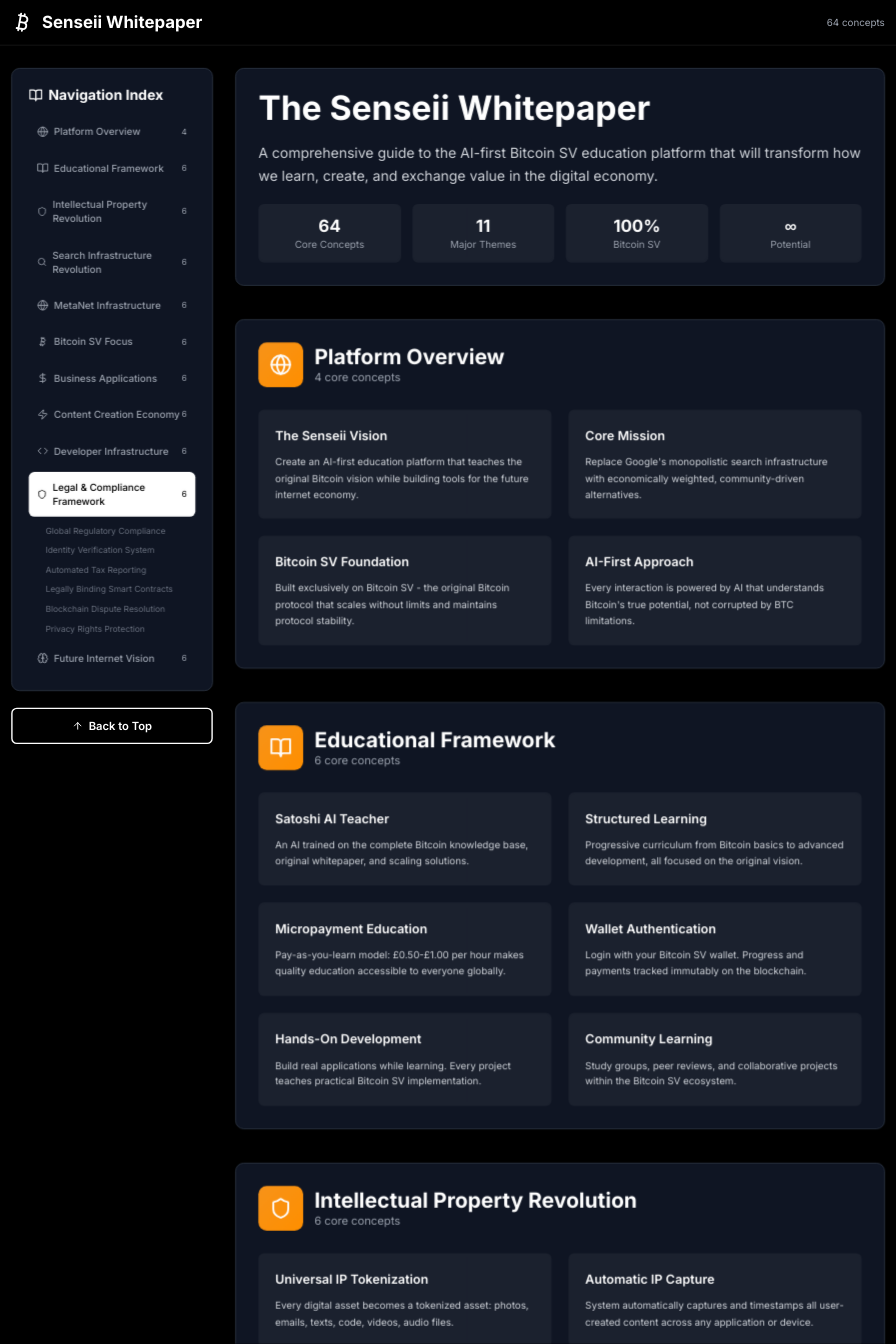
Repository: b0ase/senseii
Page: /whitepaper
These files come from the project's save history. The page is drawn as it stood at one moment and after the next save; the edit follows.
The browser window is 1280 px wide. The pictures show the part of the page from y = 0 to 1920 px (the page is 7926 px tall), at 70% of full size.
The project was rebuilt for these pictures with package versions that can differ from the ones it lists, and the page was loaded fresh each time. The framework's server and built-in components were replaced by stand-ins that run in the browser. Also part of the build but not shown: next.config.js.

Above is the page before, as saved 2025-06-06 21:45:37.

After the next save:
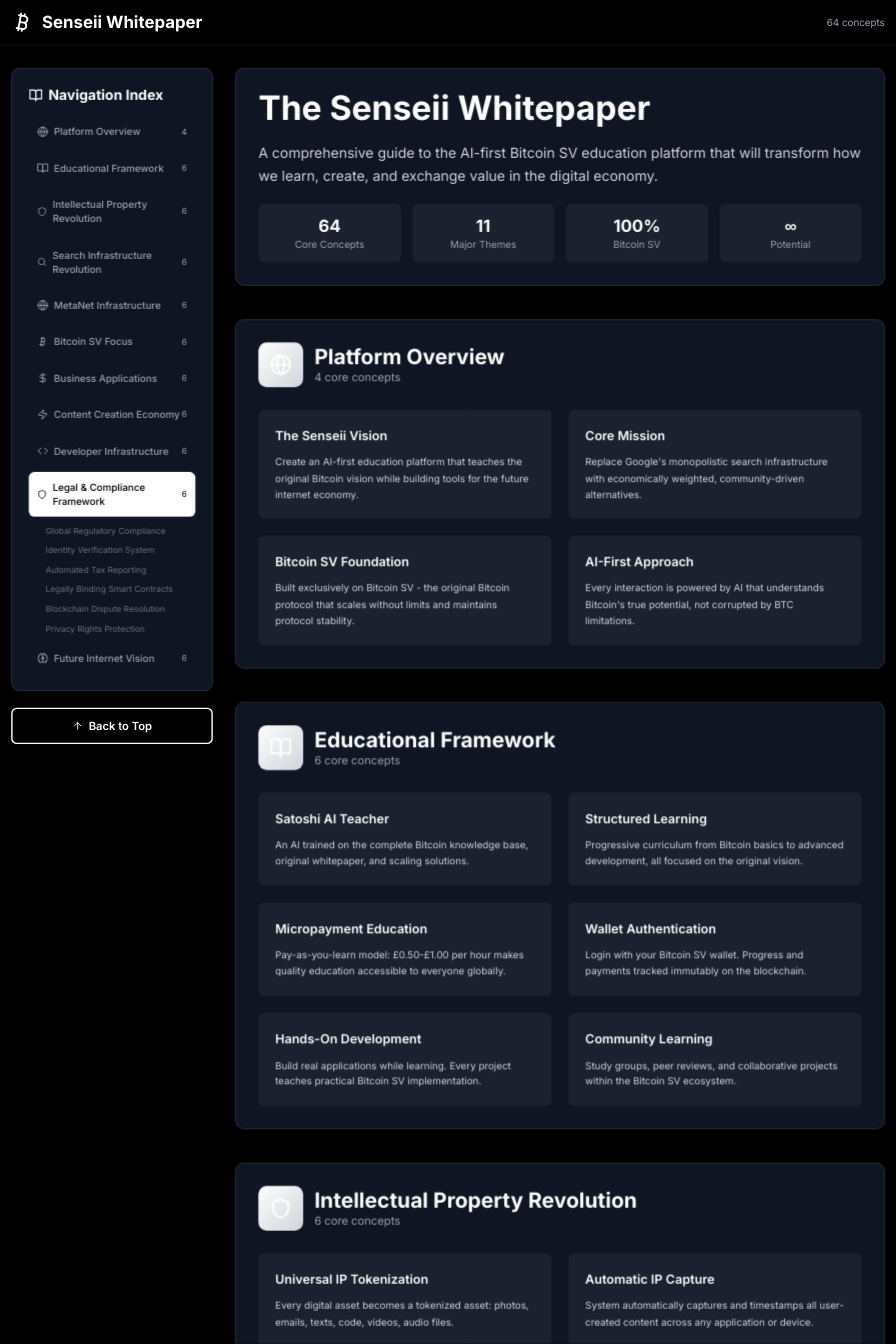
Saved 37 s later.
--- a/app/whitepaper/page.tsx
+++ b/app/whitepaper/page.tsx
@@ -567,7 +567,7 @@
               >
                 <div className="card-glass p-8">
                   <div className="flex items-center mb-8">
-                    <div className="w-16 h-16 rounded-xl bg-gradient-to-br from-bitcoin-orange to-bitcoin-dark flex items-center justify-center mr-4">
+                                         <div className="w-16 h-16 rounded-xl bg-gradient-to-br from-white to-gray-300 flex items-center justify-center mr-4">
                       <SectionIcon className="w-8 h-8 text-white" />
                     </div>
                     <div>
